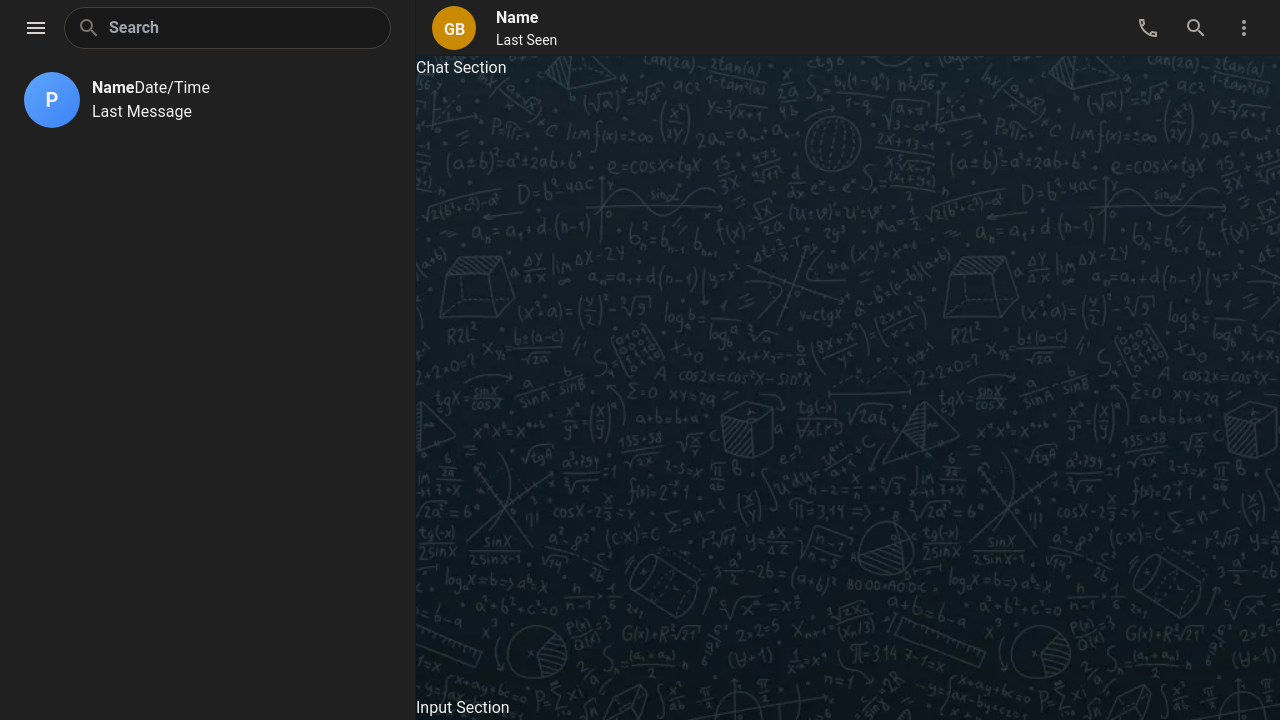
Repository: Qu4ntumGuy/telegram-clone
Page: /
An editor plug-in stored every save of this project. The page is shown before and after the next save, followed by the edit.
The browser window is 1280 px wide. The pictures show the whole page.
The page's requests for data from a server got no answer. The project was rebuilt for these pictures with package versions that can differ from the ones it lists, and the page was loaded fresh each time. No one was signed in, and anything a server would have sent is missing. Also part of the build but not shown: src/Pages/ChatPage.js/ChatPage.js.

Above is the page before, as saved 2024-07-15 13:54:41.

After the next save:
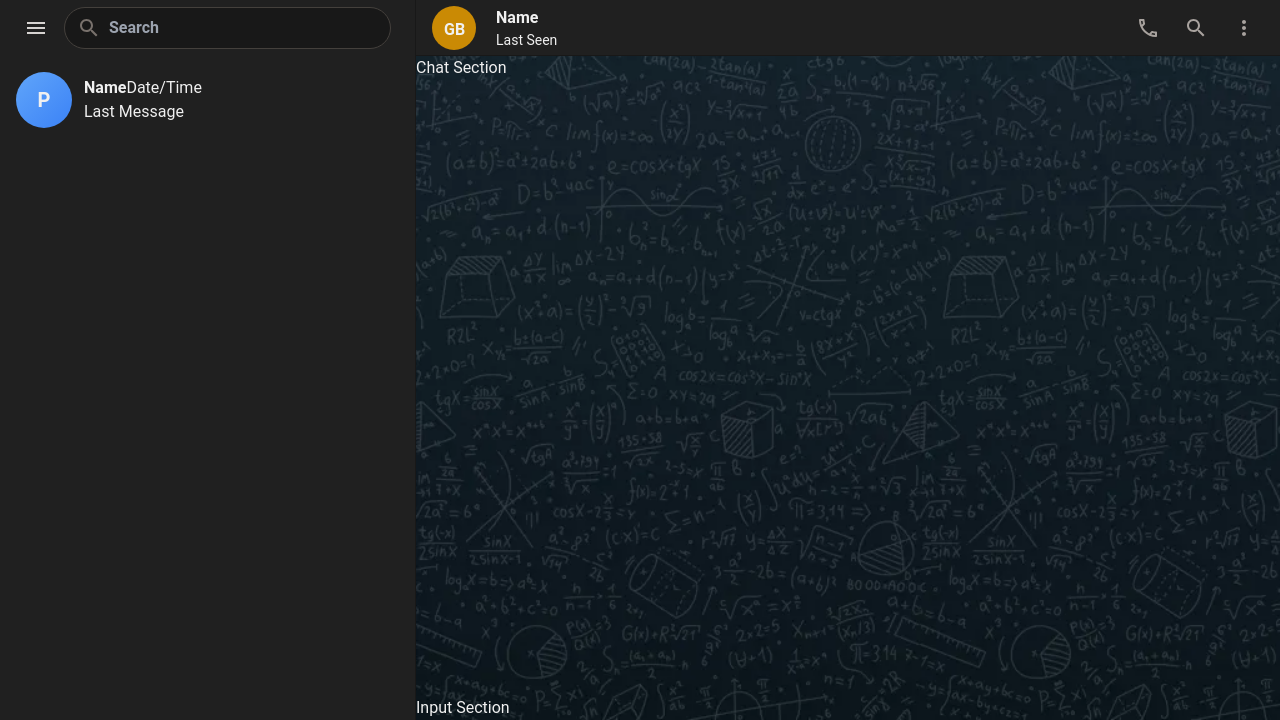
Saved 11 s later.
--- a/src/Components/Chat.js
+++ b/src/Components/Chat.js
@@ -2,7 +2,7 @@ import React from "react";
 
 function Chat({ name, profile }) {
   return (
-    <div className="flex w-full px-4 py-2 items-center hover:bg-stone-700 hover:bg-opacity-30 rounded-lg">
+    <div className="flex w-full p-2 items-center hover:bg-stone-700 hover:bg-opacity-30 rounded-lg">
       <div className="flex justify-center items-center text-xl font-semibold bg-gradient-to-br from-blue-400 rounded-full w-14 h-14 to-blue-500">
         P
       </div>
